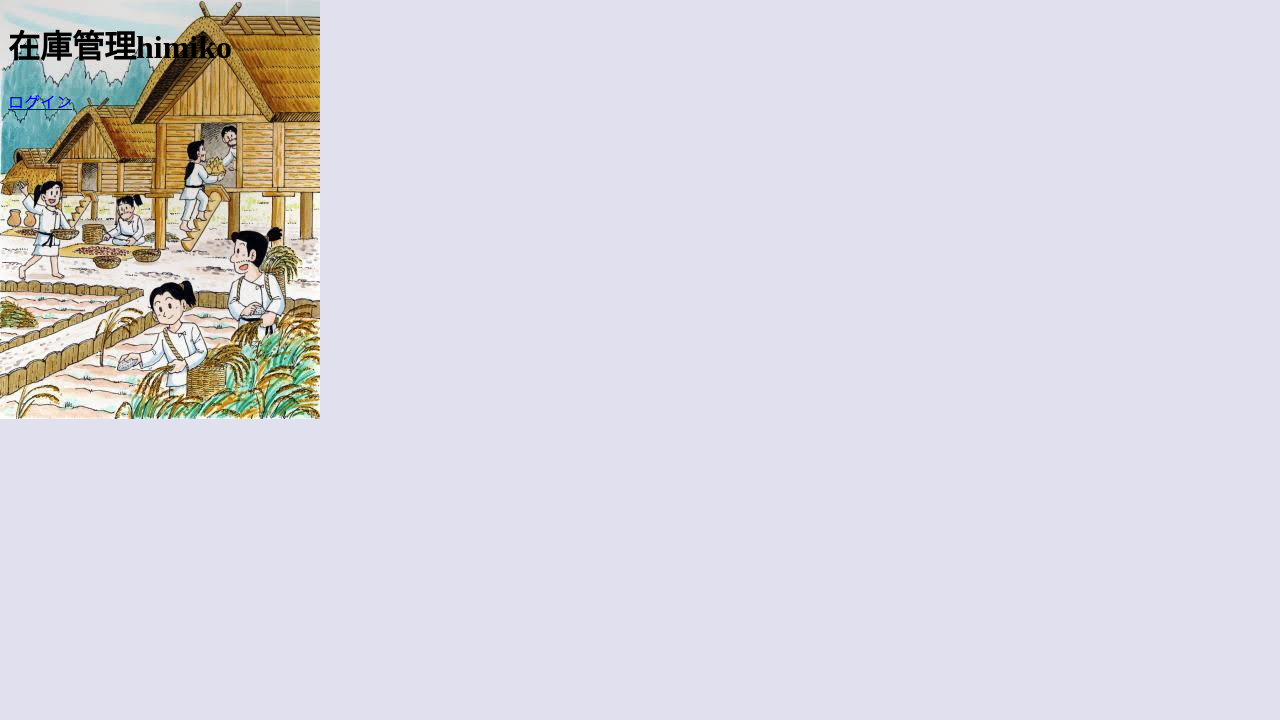
Repository: e1b19110/super
Page: src/main/resources/static/index.html
An editor plug-in stored every save of this project. The page is shown before and after the next save, followed by the edit.
The browser window is 1280 px wide. The pictures show the whole page.

Above is the page before, as saved 2021-12-07 17:15:05.

### src/main/resources/static/index.html
<!DOCTYPE html>
<html>

<head>
  <meta charset="utf-8">
  <title>Super</title>
  <style>
    body {
      background-image: url(img/souko.png);
      background-repeat:no-repeat
      }
    </style>
</head>

<body bgcolor="#e0e0ee">
  <h1>在庫管理himiko</h1>

  <div><a href="/himiko/login">ログイン</a></div>

</body>

</html>

After the next save:
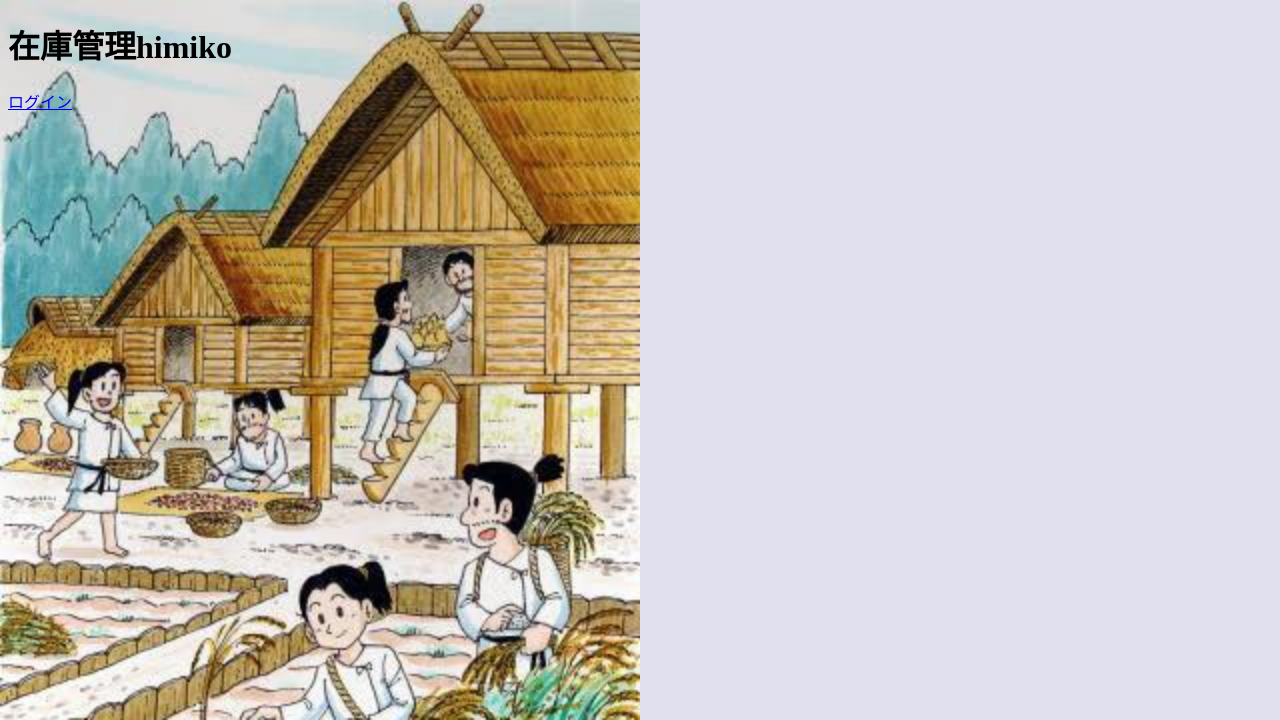
Saved 2 min 39 s later.
--- a/src/main/resources/static/index.html
+++ b/src/main/resources/static/index.html
@@ -7,7 +7,8 @@
   <style>
     body {
       background-image: url(img/souko.png);
-      background-repeat:no-repeat
+      background-repeat:no-repeat;
+      background-size: 50%;
       }
     </style>
 </head>
